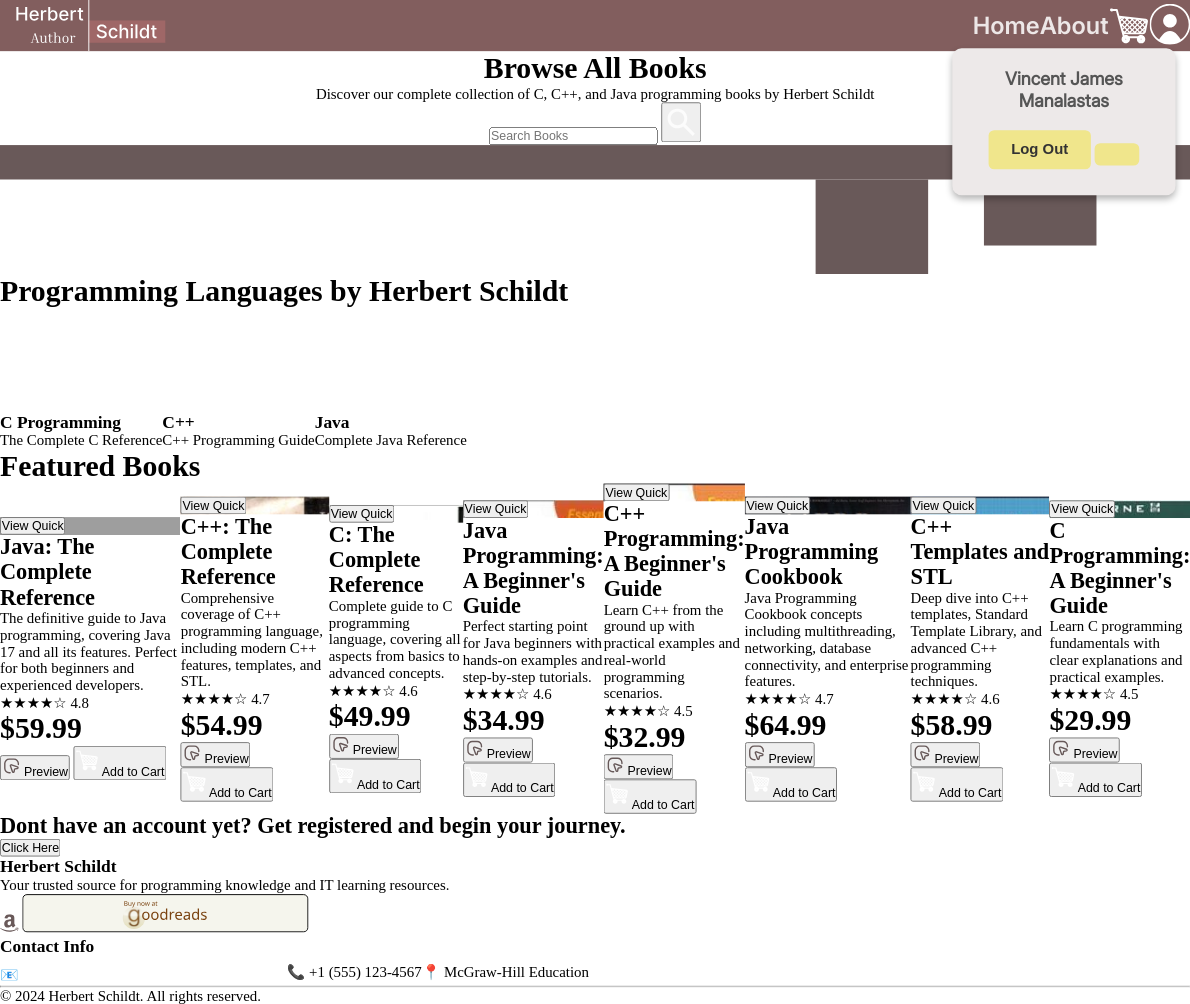
Repository: Darkrepo23/Author-Website-
Page: browse-book.html
The author's editor kept a copy of each file at every save. The page is drawn from the files as they stood at one save, then again after the next save.
The browser window is 1280 px wide. The pictures show the whole page, at 93% of full size.
Pictures or frames that could not be fetched are drawn as grey boxes.

Above is the page before, as saved 2025-09-02 15:23:09.

### browse-book.html
<html lang="en">

<head>
    <meta charset="UTF-8">
    <meta name="viewport" content="width=device-width, initial-scale=1.0">
    <link rel="stylesheet" href="style/browse-book.css">
    <link rel="stylesheet" href="style/nav.css">
    <link rel="stylesheet" href="style/modal/modal.css">
    <title>Document</title>
</head>

<body>
    <div class="container">

        <div class="header">
            <div class="logo">
                <img src="img/logo-white.svg" alt="">
            </div>
            <div class="nav">
                <ul>
                    <li><a href="index.html">Home</a></li>
                    <li><a href="">About</a></li>
                    <li onclick="toggleCart()"><img src="img/cart.svg" alt="" style="height: 44px;"></li>
                    <li><a href="pages/login.html"><img src="img/user-logo.svg" alt="" style="height: 44px;"></a>
                    </li>
                </ul>
                <div class="login-container">
                    <div class="login-username">Vincent James Manalastas</div>
                    <button class="login-button">Log Out</button>
                    <button class="login-button"></button>
                </div>
            </div>
        </div>
        <div class="browse">
            <div class="browse-info">
                <h1>Browse All Books</h1>
                <p>Discover our complete collection of C, C++, and Java programming books by Herbert Schildt</p>
            </div>
            <div class="browse-search">
                <input type="text" placeholder="Search Books" id="">
                <button><img src="img/search.svg" alt=""></button>
            </div>
        </div>

        <div class="line-1">
            <img src="img/b-hr-1.svg" alt="" style="width: 100%;">
        </div>


        <div class="categories" id="categories">
            <div class="c-head">
                <h1>Programming Languages by Herbert Schildt</h1>
            </div>
            <ul>
                <li>
                    <img src="img/code-icon.svg" alt="">
                    <h3 id="c-title">C Programming</h3>
                    <p>The Complete C Reference</p>
                </li>
                <li>
                    <img src="img/code-icon.svg" alt="">
                    <h3 id="c-title">C++</h3>
                    <p>C++ Programming Guide</p>
                </li>
                <li>
                    <img src="img/java-icon.svg" alt="">
                    <h3 id="c-title">Java</h3>
                    <p>Complete Java Reference</p>
                </li>
            </ul>
        </div>

        <div class="featured-books" id="featured-books">
            <h1>Featured Books</h1>
            <ul class="books-card" id="booksList">
                <!-- <li>
                    <div class="img-book">
                        <button>View Quick</button>
                    </div>
                    <div class="book-info">
                        <h2>Java: The Complete Reference</h2>
                        <p>The definitive guide to Java programming, covering Java 17 and all its features. </p>
                        <div class="book-r-p">
                            <p>★★★★☆4.8</p>
                            <h1>$59.99</h1>
                        </div>
                        <div class="btn-books">
                            <button><img src="img/preview-ico.svg" alt=""> Preview</button>
                            <button id="addToCart"><img src="img/cart.svg" alt="" style="height: 1.9em; margin-bottom: 0.3rem;"> Add to
                                Cart</button>
                        </div>
                    </div>
                </li> -->
            </ul>
        </div>

        <div class="banner-post">
            <div class="banner" id="NoAcc">
                <h2>Dont have an account yet? Get registered and begin your journey.</h2>
                <button onclick="location.href='pages/login.html'">Click Here</button>
            </div>
        </div>


        <div class="footer">
            <div class="footer-content">
                <!-- Left section -->
                <div class="footer-left">
                    <h3>Herbert Schildt</h3>
                    <p>Your trusted source for programming knowledge and IT learning resources.</p>

                    <div class="social-icons">
                        <a href="#"><img src="img/amazon.svg" alt="Amazon"></a>
                        <a href="#"><img src="img/goodreads.svg" alt="Goodreads"></a>
                    </div>
                </div>

                <!-- Right section -->
                <div class="footer-right">
                    <h3>Contact Info</h3>
                    <ul>
                        <li><span>📧</span> <a href="mailto:Herb@herbschildt.com">Herb@herbschildt.com</a></li>
                        <li><span>📞</span> +1 (555) 123-4567</li>
                        <li><span>📍</span> McGraw-Hill Education</li>
                    </ul>
                </div>
            </div>
            <div class="cart-notification" id="cartNotification"></div>
            <div class="modal-overlay">
                <div class="modal">
                    <div class="modal-content">

                        <!-- Book Cover -->
                        <div class="book-image">
                            <img src="img/books/Java Complete.jpg" alt="Java: The Complete Reference">
                        </div>

                        <!-- Book Info -->
                        <div class="book-details">
                            <h2>Java: The Complete Reference</h2>
                            <p class="price">$54.99</p>
                            <p class="rating">⭐ ⭐ ⭐ ⭐ ⭐ 4.7/5</p>

                            <p class="description">
                                Comprehensive coverage of C++ programming language, including modern
                                C++ features, templates, and STL.
                            </p>

                            <div class="meta">
                                <p><strong>Year:</strong> 2021</p>
                                <p><strong>Pages:</strong> 1248</p>
                                <p><strong>ISBN:</strong> 978-1260454468</p>
                                <p><strong>Category:</strong> JAVA</p>
                            </div>

                            <!-- Action Buttons -->
                            <div class="actions">
                                <button class="preview">👁 Preview</button>
                                <button class="add-cart">🛒 Add to cart</button>
                            </div>
                        </div>
                    </div>
                </div>
            </div>



            <hr>
            <div class="footer-bottom">
                <p>© 2024 Herbert Schildt. All rights reserved.</p>
            </div>
        </div>

        <!-- Sidebar -->
        <div class="cart-sidebar" id="cartSidebar">
            <div class="cart-header">
                Book Cart
                <img src="img/close.svg" alt="" style="height: 20px;" onclick="toggleCart()">
            </div>
            <!--
            <div class="cart-items">
                <div class="cart-item">
                    <img src="https://via.placeholder.com/70x100" alt="Book">
                    <div class="cart-item-info">
                        <h4>Java: The Complete Reference</h4>
                        <p>$54.99</p>
                        <button class="remove-btn">Remove</button>
                    </div>
                </div>

                <div class="cart-item">
                    <img src="https://via.placeholder.com/70x100" alt="Book">
                    <div class="cart-item-info">
                        <h4>Java: The Complete Reference</h4>
                        <p>$54.99</p>
                        <button class="remove-btn">Remove</button>
                    </div>
                </div>
            </div> -->

            <div class="cart-footer">
                <div class="cart-total">
                    <span>Total</span>
                    <span>$109.98</span>
                </div>
                <button class="checkout-btn" onclick="location.href='cart.html'">Checkout</button>
            </div>
        </div>

        <script>
            // Clear old cart
            // localStorage.removeItem('bookCart');

            const categoryMap = {
                "c programming": "c",
                "c++": "cpp",
                "java": "java"
            };

            const categoryItems = document.querySelectorAll(".categories ul li");

            categoryItems.forEach(cat => {
                cat.addEventListener("click", () => {
                    const catText = cat.querySelector("h3").innerText.toLowerCase(); // e.g. "c programming"
                    const category = categoryMap[catText];
                    if (category) sortBooks(category);
                });
            });

            function sortBooks(category) {
                const booksList = document.getElementById("booksList");
                const books = Array.from(booksList.querySelectorAll("li"));

                books.sort((a, b) => {
                    const aCat = a.getAttribute("data-category");
                    const bCat = b.getAttribute("data-category");

                    if (aCat === category && bCat !== category) return -1;
                    if (aCat !== category && bCat === category) return 1;
                    return 0;
                });

                books.forEach(book => booksList.appendChild(book));
            }




            function toggleCart() {
                document.getElementById('cartSidebar').classList.toggle('open');
            }

            async function viewBook(button) {
                const bookItem = button.closest("li");
                const bookTitle = bookItem.querySelector(".bookTitle").innerText.trim();

                try {
                    const response = await fetch("all-books.json");
                    const books = await response.json();

                    const book = books.find(b => b.title.trim() === bookTitle);
                    if (!book) return alert("Book not found!");

                    const modalOverlay = document.querySelector(".modal-overlay");
                    const modal = modalOverlay.querySelector(".modal");

                    modal.querySelector(".book-image img").src = book.image;
                    modal.querySelector(".book-image img").alt = book.title;
                    modal.querySelector(".book-details h2").innerText = book.title;
                    modal.querySelector(".book-details .price").innerText = `$${book.price}`;
                    modal.querySelector(".book-details .rating").innerText = `⭐ ⭐ ⭐ ⭐ ⭐ ${book.rating}/5`;
                    modal.querySelector(".book-details .description").innerText = book.description;

                    const meta = modal.querySelector(".book-details .meta");
                    meta.innerHTML = `
            <p><strong>Year:</strong> ${book.year}</p>
            <p><strong>Pages:</strong> ${book.pages}</p>
            <p><strong>ISBN:</strong> ${book.isbn}</p>
            <p><strong>Category:</strong> ${book.category.toUpperCase()}</p>
        `;

                    modalOverlay.style.display = "flex";

                } catch (error) {
                    console.error("Error fetching book data:", error);
                }
            }

            function addToCart(button) {
                const bookItem = button.closest("li");
                const title = bookItem.querySelector(".bookTitle").innerText.trim();
                const priceText = bookItem.querySelector(".pricetag").innerText.trim();
                const price = parseFloat(priceText.replace("$", ""));
                const image = bookItem.querySelector(".img-book img")?.src || "img/books/placeholder.jpg";

                // Get current cart
                let cart = JSON.parse(localStorage.getItem("bookCart")) || [];

                // Check if book already in cart
                const existing = cart.find(item => item.title === title);
                if (existing) {
                    alert("This book is already in your cart!");
                    return;
                }

                // Add book to cart
                cart.push({ title, price, image });
                localStorage.setItem("bookCart", JSON.stringify(cart));

                // Show notification
                showCartNotification(title);

                // Re-render cart
                renderCart();
            }

            // Function to show cart notification
            function showCartNotification(title) {
                const notification = document.getElementById("cartNotification");
                notification.innerText = `"${title}" added to cart!`;
                notification.classList.add("show");

                // Hide after 2 seconds
                setTimeout(() => {
                    notification.classList.remove("show");
                }, 2000);
            }

            async function renderCart() {
                const cartItemsContainer = document.querySelector(".cart-items");
                if (!cartItemsContainer) {
                    const div = document.createElement("div");
                    div.className = "cart-items";
                    document.getElementById("cartSidebar").insertBefore(div, document.querySelector(".cart-footer"));
                }

                const cart = JSON.parse(localStorage.getItem("bookCart")) || [];
                const cartContainer = document.querySelector(".cart-items");
                cartContainer.innerHTML = "";

                let total = 0;

                try {
                    const response = await fetch("all-books.json");
                    const booksData = await response.json();

                    cart.forEach((item, index) => {
                        total += item.price;

                        // Find the book in JSON to get the correct image
                        const bookData = booksData.find(b => b.title === item.title);

                        if (!bookData) {
                            console.warn(`Book not found in JSON: "${item.title}"`);
                            return; // skip this cart item if not found
                        }

                        const image = bookData.image; // get image from JSON

                        console.log(`Cart item: ${item.title}, Image used: ${image}`);

                        const cartItem = document.createElement("div");
                        cartItem.className = "cart-item";
                        cartItem.innerHTML = `
                <img src="${image}" alt="Book">
                <div class="cart-item-info">
                    <h4>${item.title}</h4>
                    <p>$${item.price.toFixed(2)}</p>
                    <button class="remove-btn" onclick="removeFromCart(${index})">Remove</button>
                </div>
            `;
                        cartContainer.appendChild(cartItem);
                    });

                    // Update total
                    document.querySelector(".cart-total span:last-child").innerText = `$${total.toFixed(2)}`;

                } catch (err) {
                    console.error("Error fetching all-books.json:", err);
                }
            }


            // Remove item from cart
            function removeFromCart(index) {
                let cart = JSON.parse(localStorage.getItem("bookCart")) || [];
                cart.splice(index, 1);
                localStorage.setItem("bookCart", JSON.stringify(cart));
                renderCart();
            }

            // Initialize cart on page load
            document.addEventListener("DOMContentLoaded", () => {
                renderCart();
            });

            // Optional: close modal by clicking overlay
            document.querySelector(".modal-overlay").onclick = function (e) {
                if (e.target === this) this.style.display = "none";
            }

            // Fetch books from JSON
            fetch("all-books.json")
                .then(response => response.json())
                .then(data => {
                    const booksList = document.getElementById("booksList");

                    data.forEach(book => {
                        const li = document.createElement("li");

                        li.innerHTML = `
    <div class="img-book" style="background-image: url('${book.image}');">
        <button class='view-btn' onclick="viewBook(this)">View Quick</button>
    </div>
    <div class="book-info">
        <h2 class="bookTitle">${book.title}</h2>
        <p>${book.description}</p>
        <div class="book-r-p">
            <p>★★★★☆ ${book.rating}</p>
            <h1 class='pricetag'>$${book.price}</h1>
        </div>
        <div class="btn-books">
            <button><img src="img/preview-ico.svg" alt=""> Preview</button>
            <button class='addToCartBtn' onclick="addToCart(this)">
                <img src="img/cart.svg" alt="" style="height: 1.9em; margin-bottom: 0.3rem;">
                Add to Cart
            </button>
        </div>
    </div>
`;
                        li.setAttribute("data-category", book.category); // <-- important


                        booksList.appendChild(li);
                    });
                })
                .catch(error => console.error("Error loading books:", error));


            let cart = JSON.parse(localStorage.getItem("bookCart")) || [];
            console.log("Current bookCart:", cart);

        </script>

    </div>
</body>

</html>

### style/browse-book.css
.browse {
    display: flex;
    flex-direction: column;
    text-align: center;
}

### style/nav.css
* {
    margin: 0;
    padding: 0;
    box-sizing: border-box;
}

@font-face {
    font-family: 'Inter SemiBold';
    src: url(../font/Inter/static/Inter_18pt-SemiBold.ttf);
}

@font-face {
    font-family: 'Inter Black';
    src: url(../font/Inter/static/Inter_18pt-Black.ttf);
}

@font-face {
    font-family: 'Inter Regular';
    src: url(../font/Inter/static/Inter_28pt-Regular.ttf);
}


@font-face {
    font-family: 'Inter Medium';
    src: url(../font/Inter/static/Inter_28pt-Medium.ttf);
}

@font-face {
    font-family: 'Encode Sans';
    src: url(../font/Encode_Sans/EncodeSans-VariableFont_wdth\,wght.ttf);
}

@font-face {
    font-family: 'Inter Light';
    src: url(../font/Inter/static/Inter_18pt-Light.ttf);
}


.header {
    display: flex;
    background-color: #825E5E;
    align-items: center;
    justify-content: space-between;
}

.header .logo {
    padding: 0 1rem;
}

a {
    text-decoration: none;
    color: rgba(255, 255, 255, 0.856);
    font-family: 'Inter SemiBold';
    font-size: 1.6rem;
    font-weight: 100;
}

.header a {
    transition: all 0.5s ease-in-out;
    height: 1rem;
}

.header a:hover {
    color: rgba(255, 34, 34, 0.788);
    transform: translateY(-10px);
}

ul {
    display: flex;
    list-style: none;
    align-items: center;
}

.header li {


}

Loaded but not shown: all-books.json (123 lines, source omitted); style/modal/modal.css (309 lines, source omitted)

After the next save:
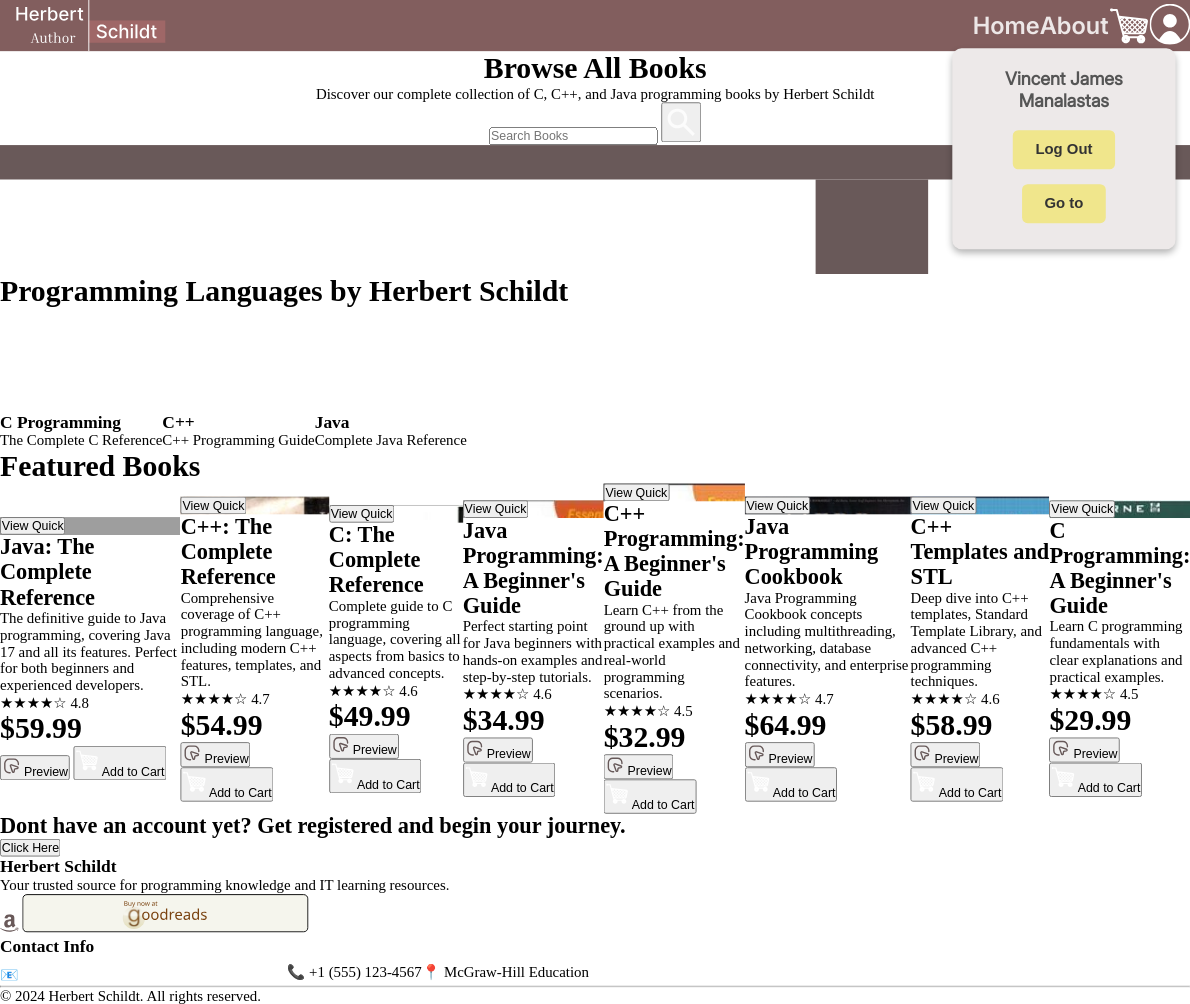
Saved 6 s later.
--- a/browse-book.html
+++ b/browse-book.html
@@ -27,7 +27,7 @@
                 <div class="login-container">
                     <div class="login-username">Vincent James Manalastas</div>
                     <button class="login-button">Log Out</button>
-                    <button class="login-button"></button>
+                    <button class="login-button">Go to </button>
                 </div>
             </div>
         </div>
